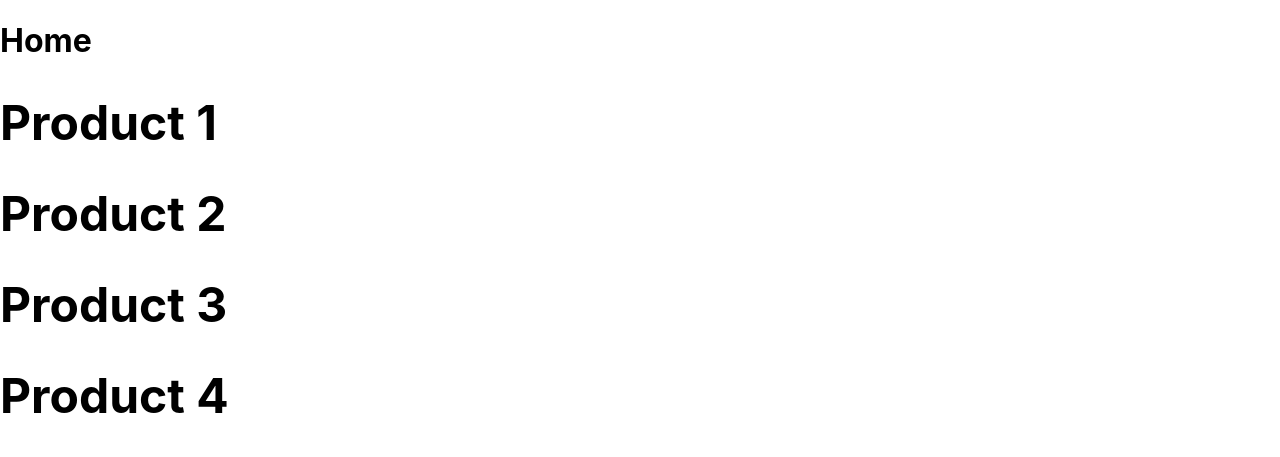
Repository: OmniaRafat232111121/NextJsTutrials
Page: /product
These files come from the project's save history. The page is drawn as it stood at one moment and after a run of saves; the edit follows.
The browser window is 1280 px wide. The pictures show the whole page.
The project was rebuilt for these pictures with package versions that can differ from the ones it lists, and the page was loaded fresh each time. The framework's server and built-in components were replaced by stand-ins that run in the browser. Also part of the build but not shown: next.config.js.

Above is the page before, as saved 2022-11-13 12:38:57.

After the next 13 saves:
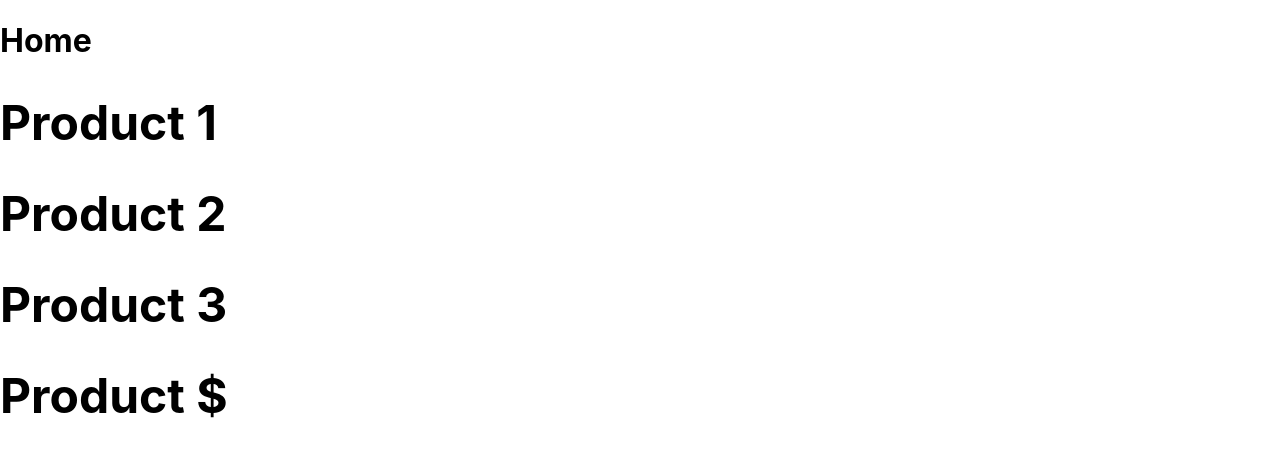
The 13 saves are shown as one change because 2 did not build or start and some came seconds apart.
The last was saved 33 s later.
--- a/pages/product/index.js
+++ b/pages/product/index.js
@@ -24,7 +24,7 @@ const productList = ({productId=20}) => {
       </h2>
              <h2>
         <Link href={`/product/${productId}`}>
-          <h1>Product 4</h1>
+          <h1>Product ${ }</h1>
         </Link>
       </h2>
 
